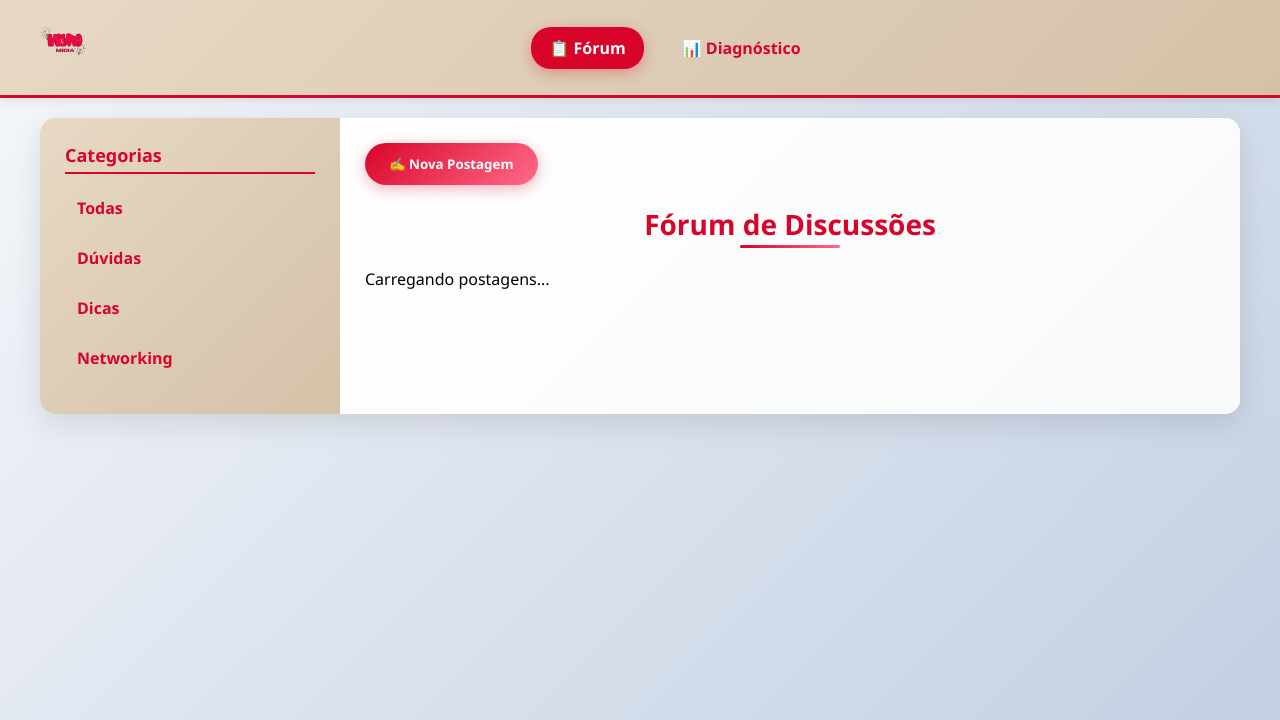
Repository: annaluizapm/MicroMidia
Page: front/HTML/forum.html
The author's editor kept a copy of each file at every save. The page is drawn from the files as they stood at one save, then again after the next save.
The browser window is 1280 px wide. The pictures show the whole page.
The page's requests for data from a server got no answer.

Above is the page before, as saved 2025-08-15 20:57:59.

### front/HTML/forum.html
<!DOCTYPE html>
<html lang="pt-BR">
<head>
    <meta charset="UTF-8">
    <meta name="viewport" content="width=device-width, initial-scale=1.0">
    <title>Fórum - Micro Mídia</title>
    <link rel="stylesheet" href="../CSS/forum.css">
    <style>
        .post-header {
            display: flex;
            justify-content: space-between;
            align-items: center;
            margin-bottom: 10px;
        }

        .post-date {
            color: #666;
            font-size: 0.9em;
            background: #f0f0f0;
            padding: 4px 8px;
            border-radius: 12px;
        }

        .post-actions {
            margin-top: 15px;
            display: flex;
            gap: 10px;
        }

        .btn-like, .btn-comment {
            background: linear-gradient(135deg, #fff 0%, #f8f9fa 100%);
            border: 2px solid #ddd;
            padding: 8px 16px;
            border-radius: 20px;
            cursor: pointer;
            transition: all 0.3s ease;
            font-weight: 600;
            display: flex;
            align-items: center;
            gap: 5px;
        }

        .btn-like:hover, .btn-comment:hover {
            background: linear-gradient(135deg, #D90429 0%, #ff6b8a 100%);
            color: white;
            border-color: #D90429;
            transform: translateY(-2px);
            box-shadow: 0 4px 12px rgba(217, 4, 41, 0.3);
        }

        .btn-like.liked {
            background: linear-gradient(135deg, #D90429 0%, #ff6b8a 100%);
            color: white;
            border-color: #D90429;
            animation: pulse 0.5s ease;
        }

        @keyframes pulse {
            0% { transform: scale(1); }
            50% { transform: scale(1.05); }
            100% { transform: scale(1); }
        }

        .comments-section {
            margin-top: 15px;
            padding: 15px;
            background: linear-gradient(135deg, #f8f9fa 0%, #e9ecef 100%);
            border-radius: 10px;
            border: 1px solid #e0e0e0;
        }

        .comment {
            margin-bottom: 12px;
            padding: 12px;
            background: white;
            border-radius: 8px;
            box-shadow: 0 2px 8px rgba(0,0,0,0.05);
        }

        .comment-header {
            display: flex;
            justify-content: space-between;
            margin-bottom: 8px;
        }

        .comment-header strong {
            color: #D90429;
        }

        .comment-date {
            color: #666;
            font-size: 12px;
        }

        .comment-form {
            margin-top: 10px;
        }

        .comment-form textarea {
            width: 100%;
            padding: 12px;
            border: 2px solid #ddd;
            border-radius: 8px;
            resize: vertical;
            font-family: inherit;
            transition: border-color 0.3s ease;
        }

        .comment-form textarea:focus {
            outline: none;
            border-color: #D90429;
            box-shadow: 0 0 0 3px rgba(217, 4, 41, 0.1);
        }

        .comment-form button {
            margin-top: 8px;
        }

        .no-comments {
            text-align: center;
            color: #666;
            font-style: italic;
            padding: 20px;
        }

        .btn-primary {
            background: linear-gradient(135deg, #D90429 0%, #ff6b8a 100%);
            color: white;
            border: none;
            padding: 12px 24px;
            border-radius: 25px;
            cursor: pointer;
            font-weight: 600;
            transition: all 0.3s ease;
            box-shadow: 0 4px 15px rgba(217, 4, 41, 0.3);
        }

        .btn-primary:hover {
            transform: translateY(-2px);
            box-shadow: 0 6px 20px rgba(217, 4, 41, 0.4);
        }

        .btn-small {
            padding: 8px 16px;
            font-size: 14px;
            border-radius: 15px;
        }

        /* Animação de entrada */
        .post {
            animation: slideInUp 0.5s ease;
        }

        @keyframes slideInUp {
            from {
                opacity: 0;
                transform: translateY(20px);
            }
            to {
                opacity: 1;
                transform: translateY(0);
            }
        }

        /* Loading spinner */
        .loading {
            display: flex;
            justify-content: center;
            align-items: center;
            padding: 40px;
        }

        .spinner {
            width: 40px;
            height: 40px;
            border: 4px solid #f3f3f3;
            border-top: 4px solid #D90429;
            border-radius: 50%;
            animation: spin 1s linear infinite;
        }

        @keyframes spin {
            0% { transform: rotate(0deg); }
            100% { transform: rotate(360deg); }
        }
    </style>
</head>
<body>

    <header>
        <div class="logo">
            <img src="../assets/Logo.png" alt="Micro Mídia">
        </div>
        <nav class="navigation">
            <a href="forum.html" class="nav-link active">📋 Fórum</a>
            <a href="formulario.html" class="nav-link">📊 Diagnóstico</a>
        </nav>
        <div class="user-info">
            <span class="user-name"></span>
        </div>
    </header>


    <div class="container">
        <aside class="sidebar">
            <h3>Categorias</h3>
            <ul>
                <li><a href="#" onclick="listarPostagens()">Todas</a></li>
                <li><a href="#">Dúvidas</a></li>
                <li><a href="#">Dicas</a></li>
                <li><a href="#">Networking</a></li>
            </ul>
        </aside>

        <main class="content">
            <h2>Fórum de Discussões</h2>
            <p>Carregando postagens...</p>
        </main>
    </div>

    <script src="../JS/script.js"></script>
</body>
</html>

### front/CSS/forum.css
* {
    margin: 0;
    padding: 0;
    box-sizing: border-box;
    font-family: 'Segoe UI', Tahoma, Geneva, Verdana, sans-serif;
}

body {
    background: linear-gradient(135deg, #f5f7fa 0%, #c3cfe2 100%);
    min-height: 100vh;
}

header {
    background: linear-gradient(135deg, #E7D9C4 0%, #d4c1a8 100%);
    padding: 10px 30px;
    display: flex;
    align-items: center;
    justify-content: space-between;
    box-shadow: 0 2px 10px rgba(0,0,0,0.1);
    border-bottom: 3px solid #D90429;
    min-height: 80px;
}

.logo img {
    height: 70px;
    transition: transform 0.3s ease;
}

.logo img:hover {
    transform: scale(1.05);
}

.navigation {
    display: flex;
    gap: 20px;
}

.nav-link {
    text-decoration: none;
    color: #D90429;
    font-weight: 600;
    padding: 8px 16px;
    border-radius: 20px;
    transition: all 0.3s ease;
    border: 2px solid transparent;
}

.nav-link:hover {
    background-color: rgba(217, 4, 41, 0.1);
    border-color: #D90429;
    transform: translateY(-2px);
}

.nav-link.active {
    background-color: #D90429;
    color: white;
    box-shadow: 0 4px 15px rgba(217, 4, 41, 0.3);
}

.user-info {
    color: #D90429;
    font-weight: 600;
    display: flex;
    align-items: center;
    gap: 15px;
}

.btn-logout {
    white-space: nowrap;
    min-width: 80px;
    display: flex;
    align-items: center;
    justify-content: center;
    gap: 5px;
}


.container {
    display: flex;
    max-width: 1200px;
    margin: 20px auto;
    background: white;
    border-radius: 15px;
    overflow: hidden;
    box-shadow: 0 10px 30px rgba(0,0,0,0.1);
}

.sidebar {
    width: 25%;
    background: linear-gradient(135deg, #E7D9C4 0%, #d4c1a8 100%);
    padding: 25px;
}

.sidebar h3 {
    margin-bottom: 15px;
    color: #D90429;
    font-size: 18px;
    border-bottom: 2px solid #D90429;
    padding-bottom: 5px;
}

.sidebar ul {
    list-style: none;
}

.sidebar ul li {
    margin: 12px 0;
}

.sidebar ul li a {
    text-decoration: none;
    color: #D90429;
    font-weight: 600;
    padding: 8px 12px;
    border-radius: 8px;
    display: block;
    transition: all 0.3s ease;
}

.sidebar ul li a:hover {
    background-color: rgba(217, 4, 41, 0.1);
    transform: translateX(5px);
}

.content {
    width: 75%;
    padding: 25px;
    background: linear-gradient(135deg, #ffffff 0%, #f8f9fa 100%);
}

.content h2 {
    margin-bottom: 25px;
    color: #D90429;
    font-size: 28px;
    text-align: center;
    position: relative;
}

.content h2::after {
    content: '';
    position: absolute;
    bottom: -5px;
    left: 50%;
    transform: translateX(-50%);
    width: 100px;
    height: 3px;
    background: linear-gradient(90deg, #D90429, #ff6b8a);
    border-radius: 2px;
}


.post {
    background: linear-gradient(135deg, #ffffff 0%, #f8f9fa 100%);
    padding: 20px;
    border-radius: 12px;
    box-shadow: 0 5px 15px rgba(0, 0, 0, 0.08);
    margin-bottom: 20px;
    border-left: 4px solid #D90429;
    transition: all 0.3s ease;
}

.post:hover {
    transform: translateY(-3px);
    box-shadow: 0 8px 25px rgba(0, 0, 0, 0.12);
}

.post-header {
    display: flex;
    justify-content: space-between;
    align-items: center;
    margin-bottom: 12px;
}

.post-header h3 {
    color: #D90429;
    font-size: 18px;
}

.post-date {
    color: #666;
    font-size: 14px;
    background: #f0f0f0;
    padding: 4px 8px;
    border-radius: 12px;
}

.post-content p {
    color: #333;
    line-height: 1.6;
    margin-bottom: 15px;
}

.post-actions {
    display: flex;
    gap: 10px;
    align-items: center;
}

.btn-like, .btn-comment {
    background: linear-gradient(135deg, #fff 0%, #f8f9fa 100%);
    border: 2px solid #ddd;
    padding: 8px 16px;
    border-radius: 20px;
    cursor: pointer;
    transition: all 0.3s ease;
    font-weight: 600;
    display: flex;
    align-items: center;
    gap: 5px;
}

.btn-like:hover, .btn-comment:hover {
    background: linear-gradient(135deg, #D90429 0%, #ff6b8a 100%);
    color: white;
    border-color: #D90429;
    transform: translateY(-2px);
    box-shadow: 0 4px 12px rgba(217, 4, 41, 0.3);
}

.btn-like.liked {
    background: linear-gradient(135deg, #D90429 0%, #ff6b8a 100%);
    color: white;
    border-color: #D90429;
    animation: pulse 0.5s ease;
}

@keyframes pulse {
    0% { transform: scale(1); }
    50% { transform: scale(1.05); }
    100% { transform: scale(1); }
}

.btn-primary {
    background: linear-gradient(135deg, #D90429 0%, #ff6b8a 100%);
    color: white;
    border: none;
    padding: 12px 24px;
    border-radius: 25px;
    cursor: pointer;
    font-weight: 600;
    transition: all 0.3s ease;
    box-shadow: 0 4px 15px rgba(217, 4, 41, 0.3);
}

.btn-primary:hover {
    transform: translateY(-2px);
    box-shadow: 0 6px 20px rgba(217, 4, 41, 0.4);
}

.btn-secondary {
    background: linear-gradient(135deg, #fff 0%, #f8f9fa 100%);
    color: #D90429;
    border: 2px solid #D90429;
    padding: 10px 20px;
    border-radius: 25px;
    cursor: pointer;
    font-weight: 600;
    font-size: 14px;
    transition: all 0.3s ease;
    margin-left: 15px;
    position: relative;
    overflow: hidden;
}

.btn-secondary::before {
    content: '';
    position: absolute;
    top: 0;
    left: -100%;
    width: 100%;
    height: 100%;
    background: linear-gradient(135deg, #D90429 0%, #ff6b8a 100%);
    transition: left 0.3s ease;
    z-index: -1;
}

.btn-secondary:hover {
    color: white;
    transform: translateY(-2px);
    box-shadow: 0 4px 15px rgba(217, 4, 41, 0.3);
    border-color: #D90429;
}

.btn-secondary:hover::before {
    left: 0;
}

.btn-secondary:active {
    transform: translateY(0);
    box-shadow: 0 2px 8px rgba(217, 4, 41, 0.4);
}

.btn-small {
    padding: 6px 12px;
    font-size: 14px;
    border-radius: 15px;
}

.comments-section {
    margin-top: 15px;
    padding: 15px;
    background: linear-gradient(135deg, #f8f9fa 0%, #e9ecef 100%);
    border-radius: 10px;
    border: 1px solid #e0e0e0;
}

.comment {
    margin-bottom: 12px;
    padding: 12px;
    background: white;
    border-radius: 8px;
    box-shadow: 0 2px 8px rgba(0,0,0,0.05);
}

.comment-header {
    display: flex;
    justify-content: space-between;
    margin-bottom: 8px;
}

.comment-header strong {
    color: #D90429;
}

.comment-date {
    color: #666;
    font-size: 12px;
}

.comment-form textarea {
    width: 100%;
    padding: 12px;
    border: 2px solid #ddd;
    border-radius: 8px;
    resize: vertical;
    font-family: inherit;
    transition: border-color 0.3s ease;
}

.comment-form textarea:focus {
    outline: none;
    border-color: #D90429;
    box-shadow: 0 0 0 3px rgba(217, 4, 41, 0.1);
}

.no-comments {
    text-align: center;
    color: #666;
    font-style: italic;
    padding: 20px;
}

Loaded but not shown: front/JS/script.js (516 lines, source omitted)

After the next save:
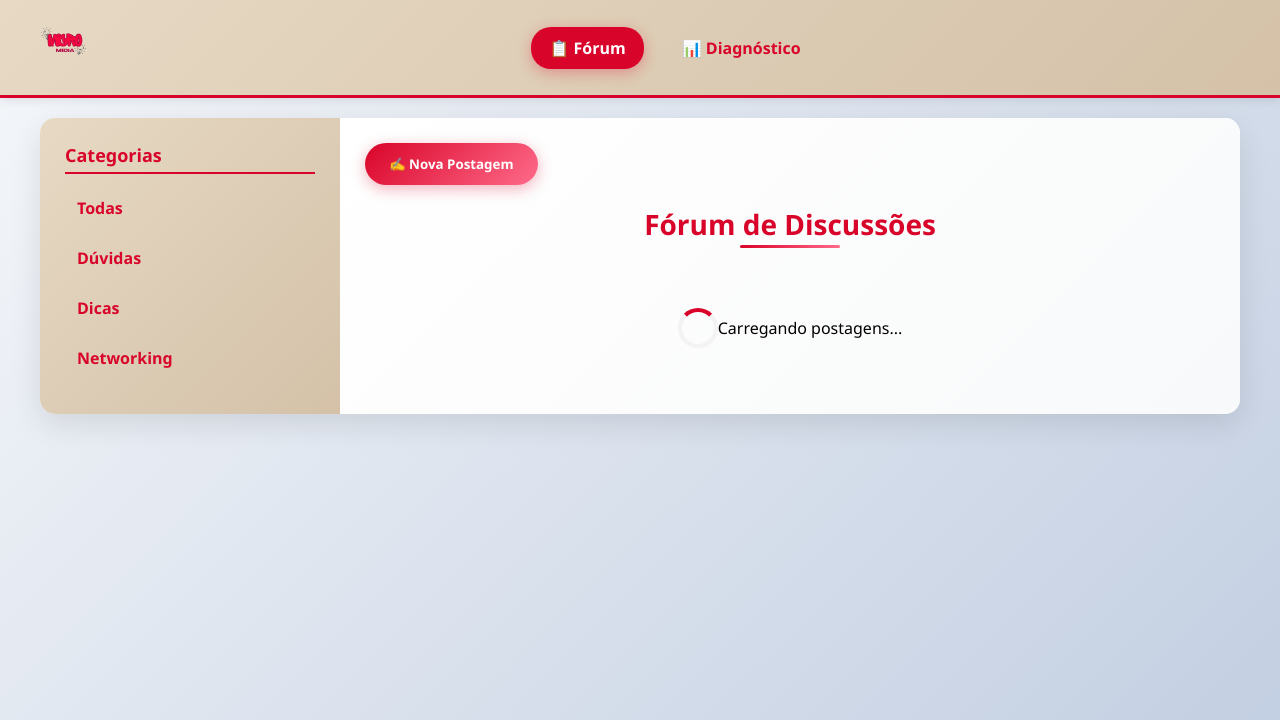
Saved 3 min 37 s later.
--- a/front/HTML/forum.html
+++ b/front/HTML/forum.html
@@ -214,7 +214,12 @@
 
         <main class="content">
             <h2>Fórum de Discussões</h2>
-            <p>Carregando postagens...</p>
+            <div id="loading-message">
+                <div class="loading">
+                    <div class="spinner"></div>
+                    <p>Carregando postagens...</p>
+                </div>
+            </div>
         </main>
     </div>
 
